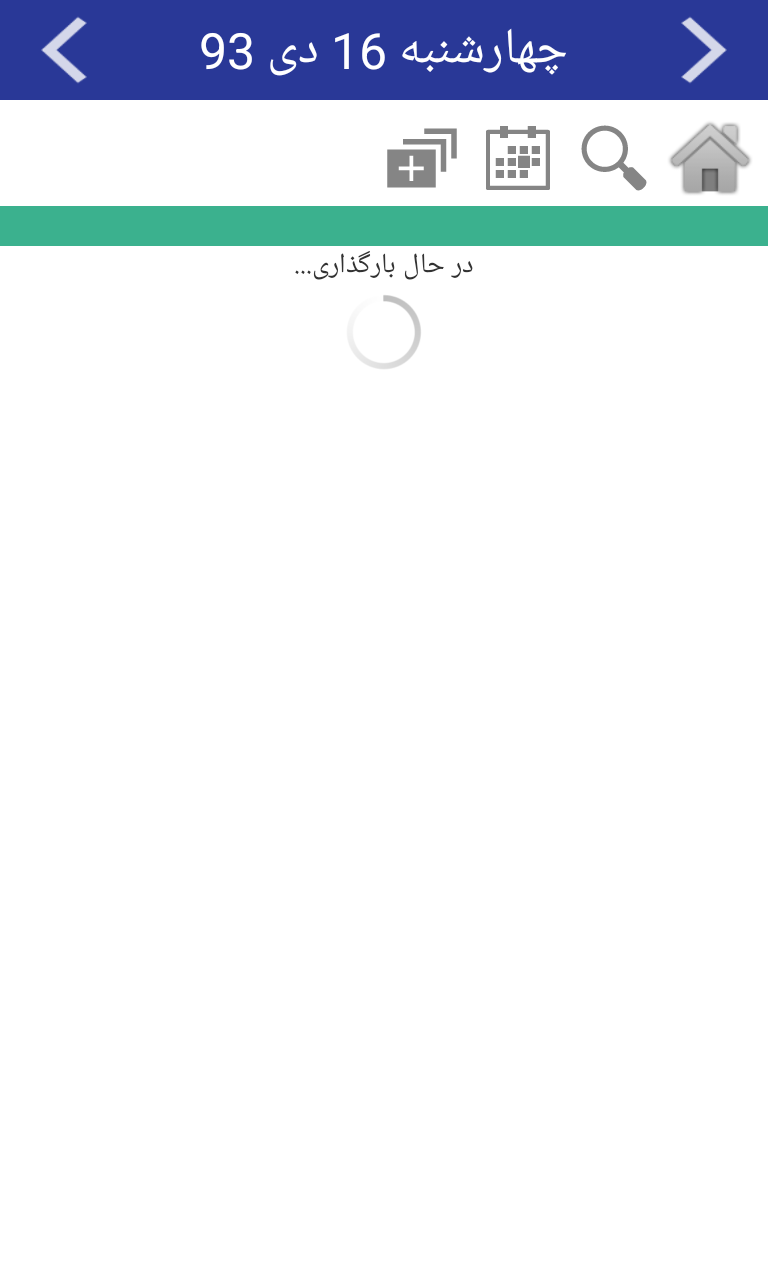
Repository: AtiehPardaz/CRM-Mobile
Layout: Crm-Mobile/res/layout/activity_customer_list.xml
The author's editor kept a copy of each file at every save. The layout is drawn from the files as they stood at one save, then again after the next save.
It is drawn on a 768 x 1280 px phone screen (xhdpi) without system bars, with theme android:Theme.Holo.Light.NoActionBar.Fullscreen; the app's code is not run. Lists and similar views that code fills are empty.

Above is the layout before, as saved 2015-02-23 14:52:45.

After the next save:
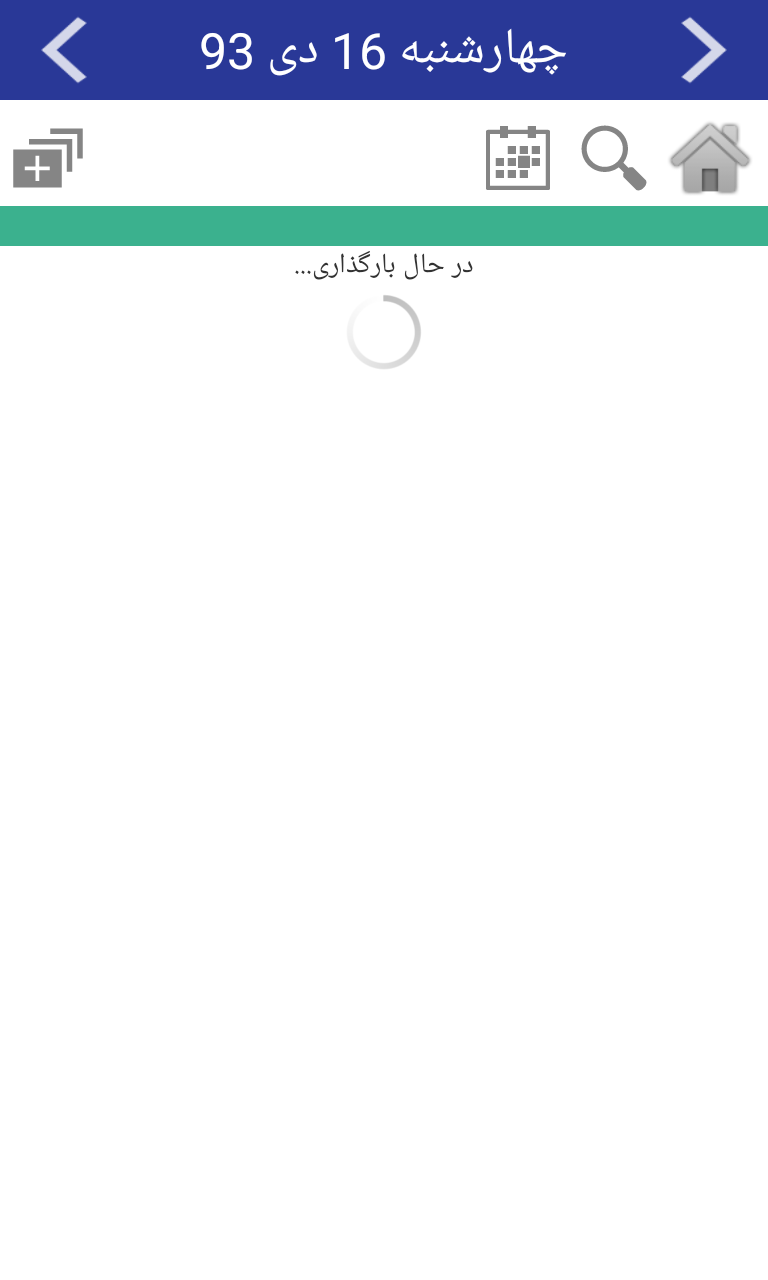
Saved 81 s later.
--- a/Crm-Mobile/res/layout/activity_customer_list.xml
+++ b/Crm-Mobile/res/layout/activity_customer_list.xml
@@ -56,7 +56,7 @@
         android:layout_width="match_parent"
         android:layout_height="wrap_content"
         android:layout_gravity="right|center"
-        android:gravity="right"
+        android:gravity="right|center"
         android:orientation="horizontal" >
 
         <ImageButton
@@ -66,9 +66,10 @@
             android:background="@drawable/ic_action_add_to_queue" />
 
         <View
-            android:id="@+id/View06"
+            android:id="@+id/View05"
             android:layout_width="0dp"
-            android:layout_height="5dp" />
+            android:layout_height="0dp"
+            android:layout_weight="1" />
 
         <ImageButton
             android:id="@+id/btn_monthviewlist_taskaction"
@@ -90,6 +91,7 @@
             android:layout_height="48dp"
             android:layout_marginRight="5dp"
             android:background="@drawable/home" />
+
     </LinearLayout>
 
     <LinearLayout
